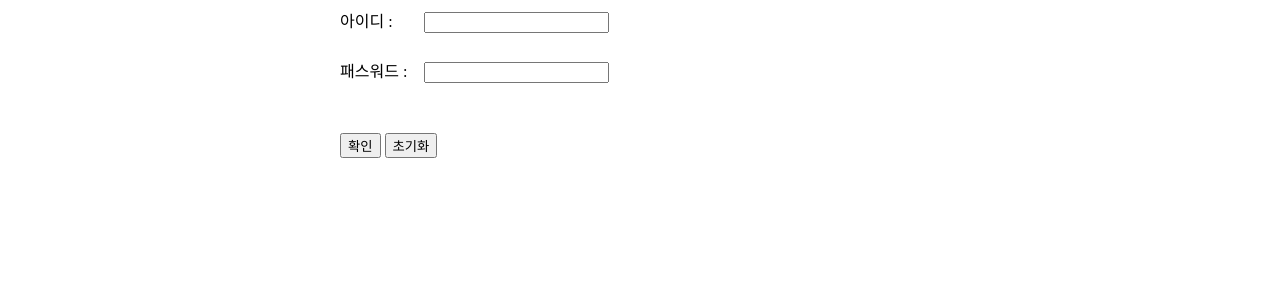
Repository: song-tata/jsp_servlet
Page: chap06/webContants/login.html
The author's editor kept a copy of each file at every save. The page is drawn from the files as they stood at one save, then again after the next save.
The browser window is 1280 px wide. The pictures show the whole page.

Above is the page before, as saved 2023-05-17 06:34:35.

After the next save:
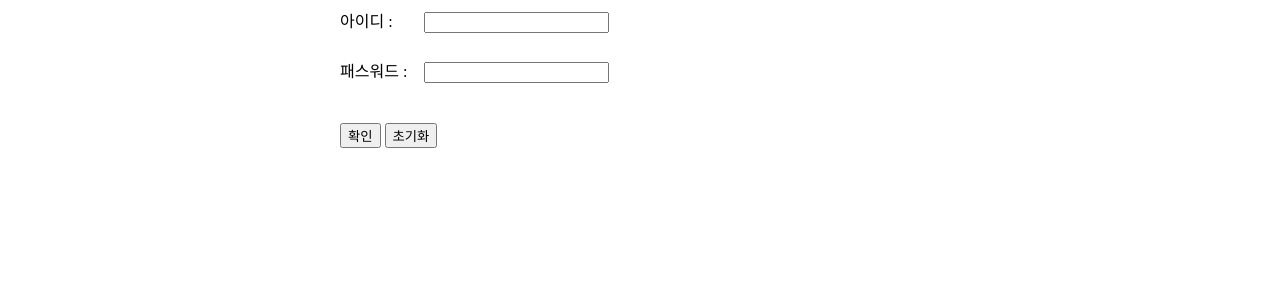
Saved 6 s later.
--- a/chap06/webContants/login.html
+++ b/chap06/webContants/login.html
@@ -24,7 +24,7 @@
 	width: 80px
 }
 .buttonwrap{
-margin: 50px auto;
+margin: 40px auto;
 
 }
 </style>
